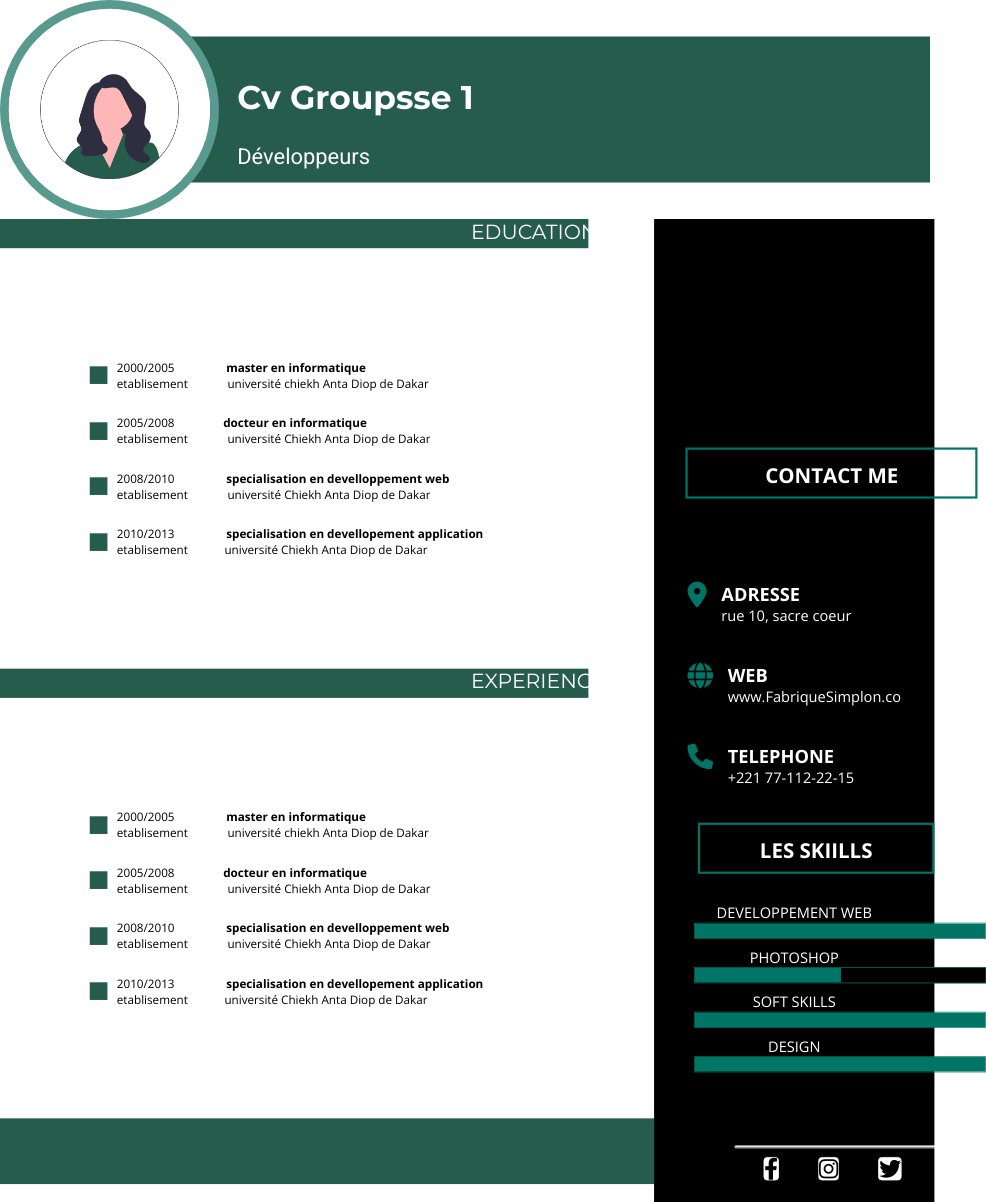
Repository: NdiongueFH/Mon_CV
Page: CV_Groupe1.html
The author's editor kept a copy of each file at every save. The page is drawn from the files as they stood at one save, then again after the next save.
The browser window is 1280 px wide. The page is 1351 px wide, so the pictures cover 1351 px, including what lies to the right of the window. The pictures show the whole page, at 73% of full size.

Above is the page before, as saved 2024-08-05 15:36:39.

After the next save:
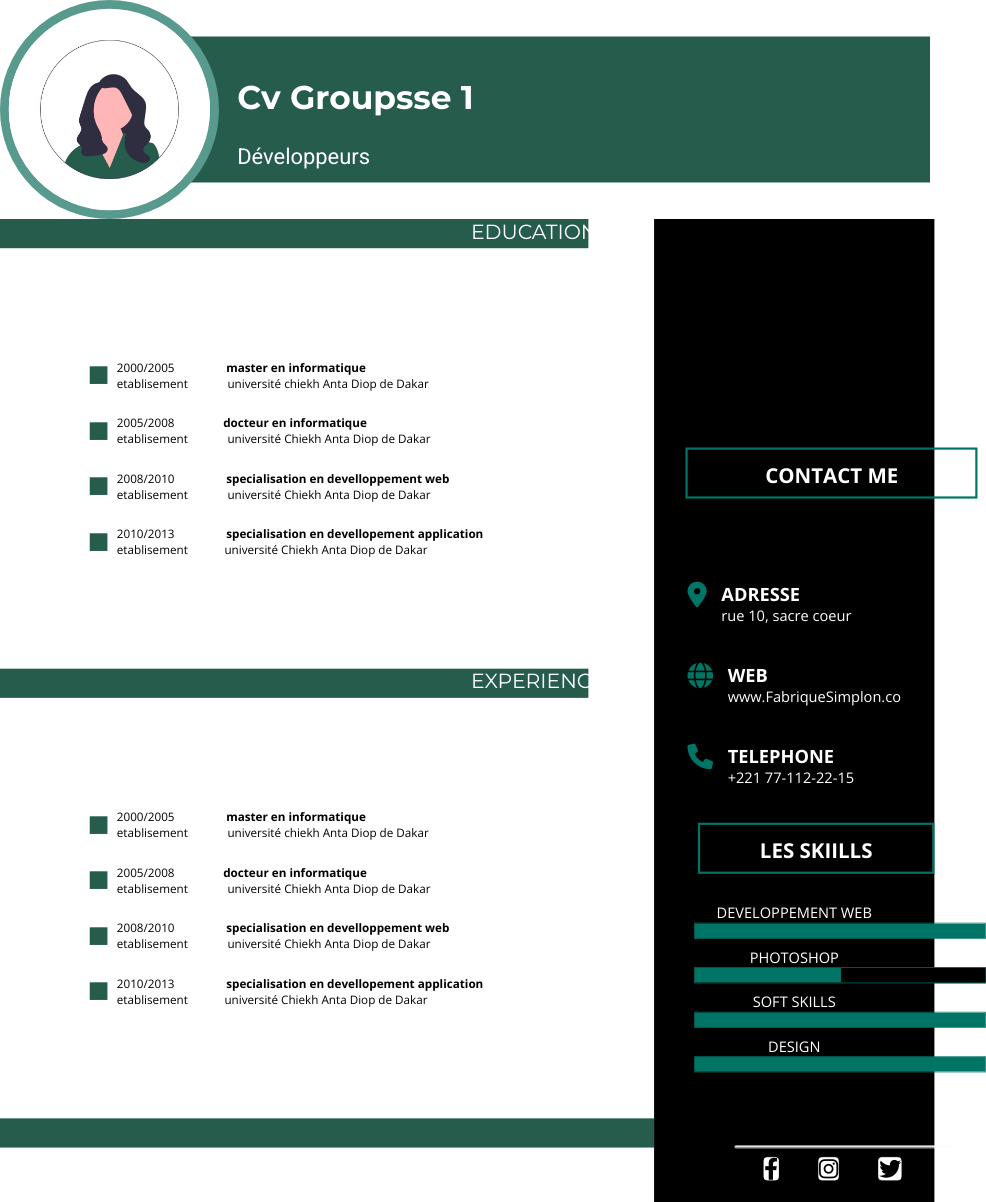
Saved 39 s later.
--- a/CV_Groupe1.css
+++ b/CV_Groupe1.css
@@ -175,8 +175,8 @@
 
 /*Footer*/
 #footer {
-    height: 10px;
-    padding-top: 90px;
+    height: 40px;
+   /* padding-top: 90px;*/
     background-color: var(--color-backgroundFoncé);
 }
 

After the 3 saves that followed:
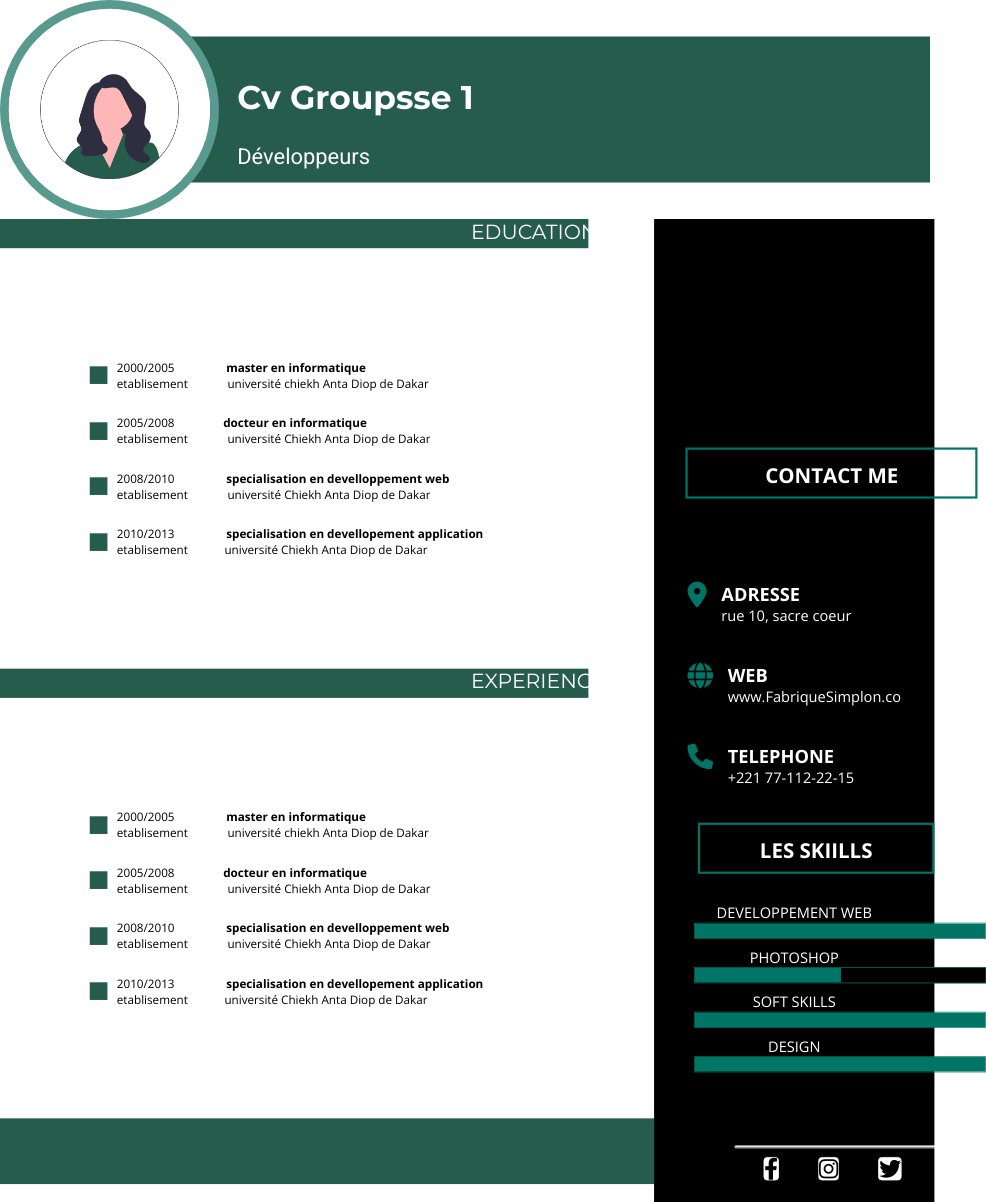
The 3 saves are shown as one change because 2 left the picture as it was.
The last was saved 64 s later.
--- a/CV_Groupe1.css
+++ b/CV_Groupe1.css
@@ -176,7 +176,7 @@
 /*Footer*/
 #footer {
     height: 40px;
-   /* padding-top: 90px;*/
+    padding-top: 90px;
     background-color: var(--color-backgroundFoncé);
 }
 
